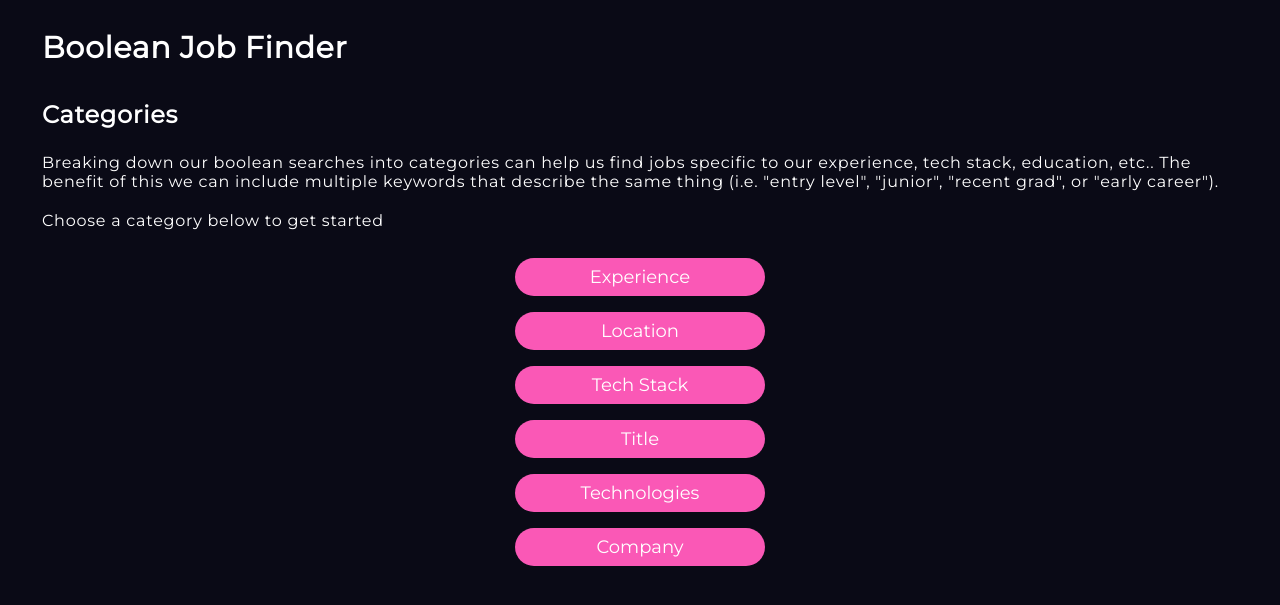
Repository: Rthompson2548/boolean-job-searcher
Page: /, after clicking the first element matching `button.start-btn`
These files come from the project's save history. The page is drawn as it stood at one moment and after the next save; the edit follows.
The browser window is 1280 px wide. The pictures show the whole page.
The project was rebuilt for these pictures with package versions that can differ from the ones it lists, and the page was loaded fresh each time.

Above is the page before, as saved 2022-04-09 17:56:50.

After the next save:
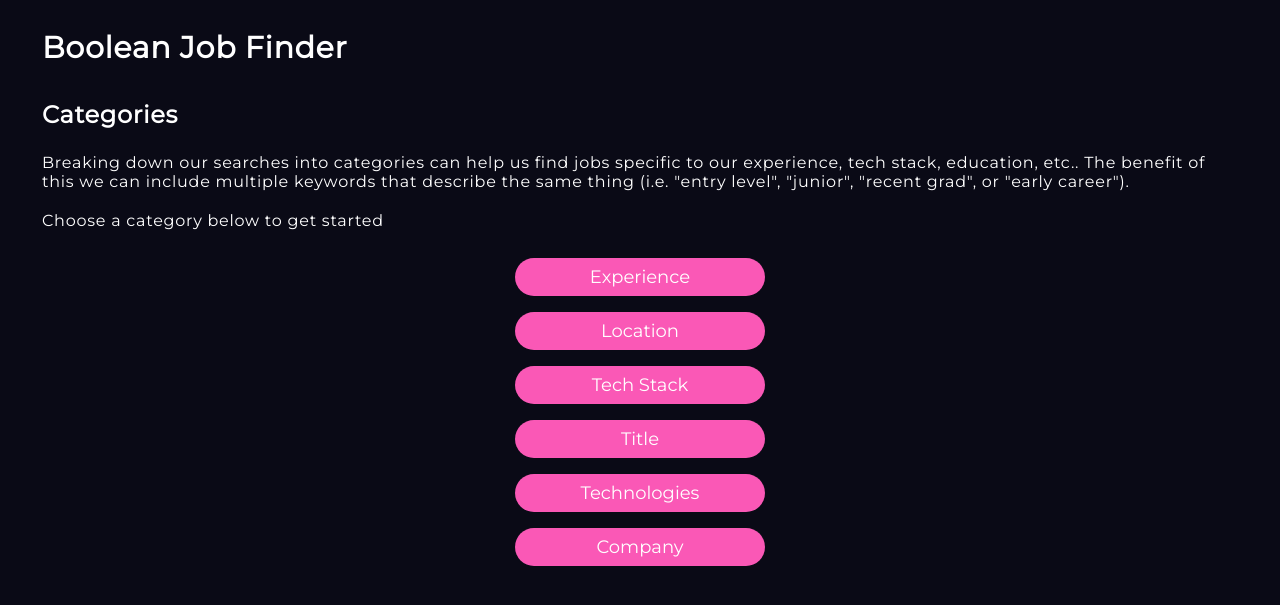
Saved 5 min 41 s later.
--- a/src/App.js
+++ b/src/App.js
@@ -202,7 +202,7 @@ const handleConfirmFinished = () => {
 
           <div className="what-why-info">
             <h2>Categories</h2>
-            <p>Breaking down our boolean searches into categories can help us find jobs specific to our experience, tech stack, education, etc.. The benefit of this we can include multiple keywords that describe the same thing (i.e. "entry level", "junior", "recent grad", or "early career").</p>
+            <p>Breaking down our searches into categories can help us find jobs specific to our experience, tech stack, education, etc.. The benefit of this we can include multiple keywords that describe the same thing (i.e. "entry level", "junior", "recent grad", or "early career").</p>
             <p>Choose a category below to get started</p>
           </div>
 
